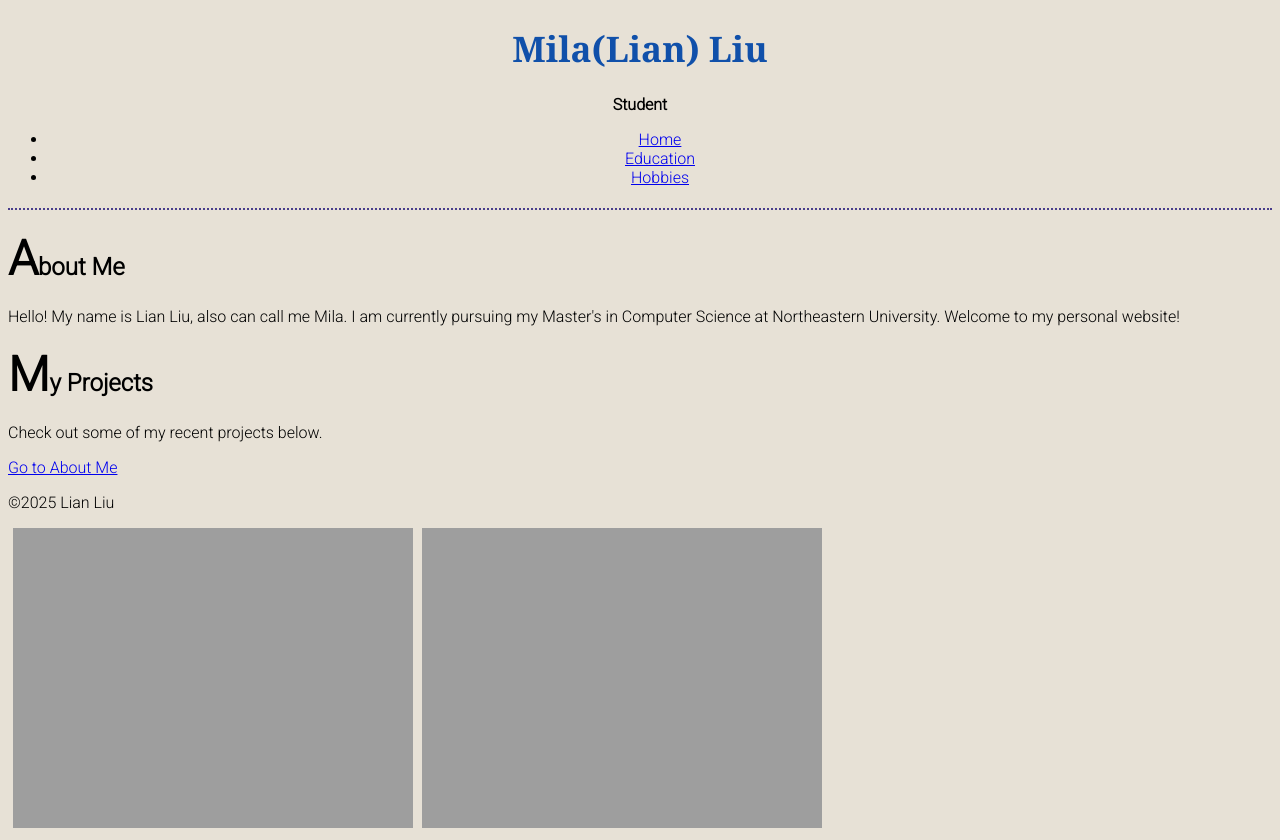
Repository: liulian26/CS5610
Page: assignment-1-liulian26/index.html
These files come from the project's save history. The page is drawn as it stood at one moment and after the next save; the edit follows.
The browser window is 1280 px wide. The pictures show the whole page.
Pictures or frames that could not be fetched are drawn as grey boxes.

Above is the page before, as saved 2025-01-31 22:44:49.

### assignment-1-liulian26/index.html
<!DOCTYPE html>
<html lang="en">
<head>
    <meta charset="UTF-8">
    <title>My Portfolio</title>
    <link rel="stylesheet" href="css/styles.css">
</head>
<body>
    <header>
        <h1>Mila(Lian) Liu</h1>
        <p id="role">Student</p>
        <nav>
            <ul>
                <li><a href="index.html">Home</a></li>
                <li><a href="pages/education.html">Education</a></li>
                <li><a href="pages/hobbies.html">Hobbies</a></li>
            </ul>
        </nav>
    </header>

    <main>
      <section id="about">
        <h2>About Me</h2>
        <p>Hello! My name is Lian Liu, also can call me Mila. I am currently pursuing my Master's in Computer Science at Northeastern University. Welcome to my personal website!</p>
    </section>

      <section id="projects">
        <h2>My Projects</h2>
        <p>Check out some of my recent projects below.</p>
            <a href="#about">Go to About Me</a>
        </section>
    </main>

    <footer>
        <p>&copy;2025 Lian Liu </p>
        <a href="https://github.com/liulian26" target="_blank"></a>
            <i class="fab fa-github"></i>
        </a>
        <a href="mailto:liu.lian1@northeastern.edu">
            <i class="fas fa-envelope"></i>
        </a>
    </footer>
  </body>
</html>

### assignment-1-liulian26/css/styles.css
@import url('https://fonts.googleapis.com/css2?family=Roboto:wght@300&display=swap');

header {
    text-align: center;
    border-bottom: 2px dotted darkslateblue;
    padding-bottom: 5px;

}

#role {
    font-weight: bold;
}

h1 {
    color: #1050aa;
    font-family: Georgia, 'Times New Roman', Times, serif;
    font-size: 2.2em;
}


body {
    background-color: rgb(231, 225, 214);
    font-family: 'Roboto', sans-serif;
}

.about {
    border: 2px dashed brown;
    margin: 10px 0;
}

.projects {
    border: 2px dashed brown;
    margin: 10px 0;
}

a[href*="github"]:hover {
    color: crimson;
}

a[href*="github"]::after {
    content: url(../images/GitHub-Mark-32px.png);
    margin-left: 5px;
    vertical-align: middle;
}

h2::first-letter {
    font-size: 3rem;
}

header a:nth-of-type(2) {
    margin-left: 20px;
}


.education .education-list > li:first-child {
    font-style: italic;
  }

  .skills li {
    list-style-type: none;
  }

.experience > ul > li~li {
    color: darkgreen;
}

a[href$=".edu"]::before {
    content: url(../images/link.png);
    margin-left: 5px;
    vertical-align: middle;
}

.skills li:last-child {
    font-size: 1.3rem;
    background-color: rgba(120, 120, 120, 0.2);
}

header a:visited {
    color: rgb(237, 122, 127);
}

After the next save:
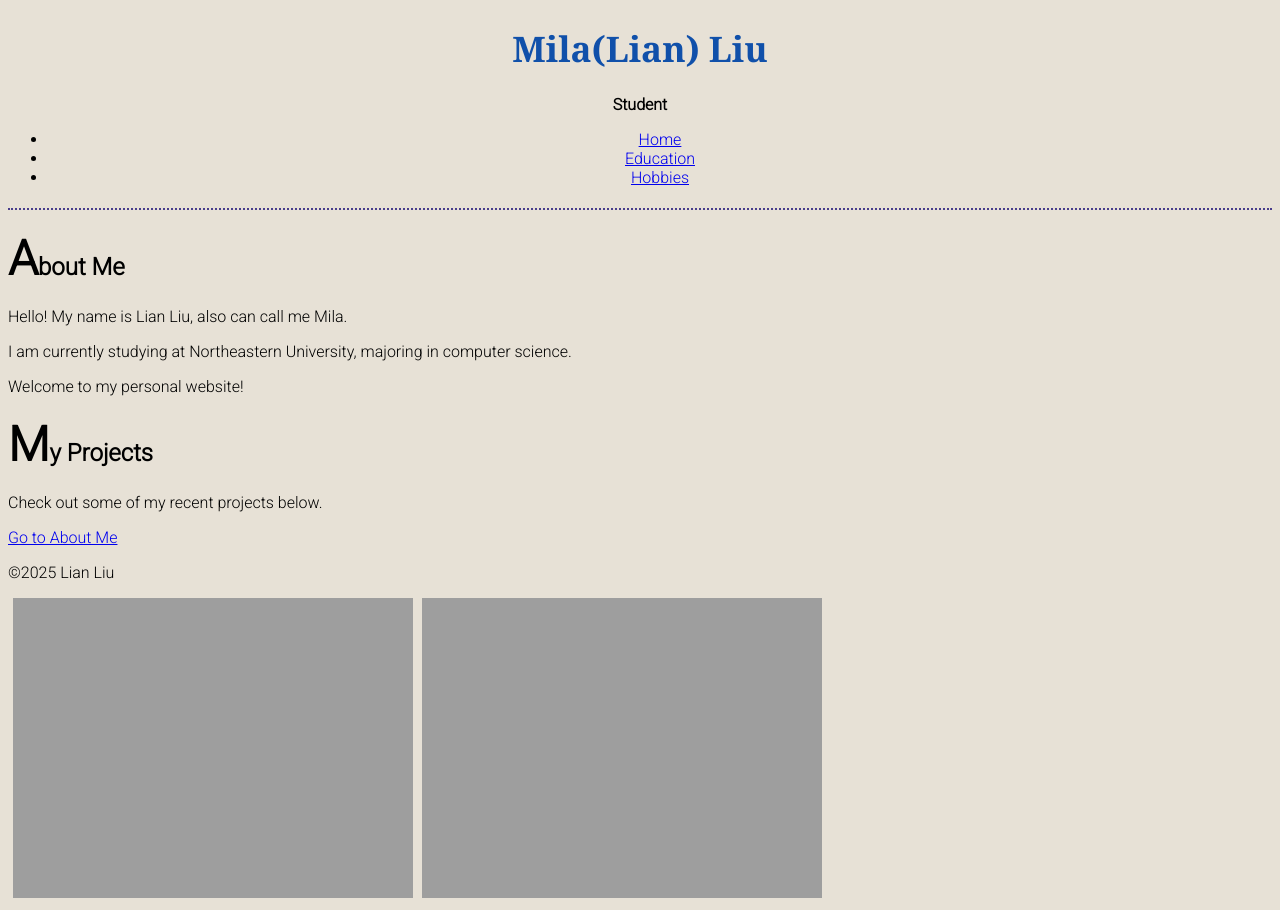
Saved 3 min 51 s later.
--- a/assignment-1-liulian26/index.html
+++ b/assignment-1-liulian26/index.html
@@ -21,7 +21,9 @@
     <main>
       <section id="about">
         <h2>About Me</h2>
-        <p>Hello! My name is Lian Liu, also can call me Mila. I am currently pursuing my Master's in Computer Science at Northeastern University. Welcome to my personal website!</p>
+        <p>Hello! My name is Lian Liu, also can call me Mila. </p>
+        <p>I am currently studying at Northeastern University, majoring in computer science.</p>
+        <p>Welcome to my personal website!</p>
     </section>
 
       <section id="projects">
